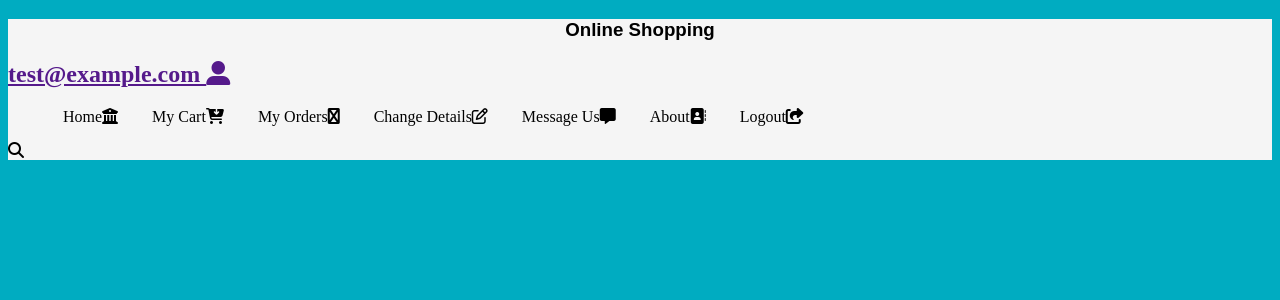
Repository: NidhiDaniel/E-Cart
Page: http://localhost/Online-Shopping-Cart/home.jsp
These files come from the project's save history. The page is drawn as it stood at one moment and after the next save; the edit follows.
The browser window is 1280 px wide. The pictures show the whole page.
Some web libraries are served in a nearby version. The page is served by Tomcat 9. The session is filled in as if someone had signed in: {"email": "test@example.com"}. Other server files are loaded and not shown.

Above is the page before, as saved 2024-01-06 09:05:46.

### Online-Shopping-Cart/src/main/webapp/home.jsp
<%@ page language="java" contentType="text/html; charset=ISO-8859-1"
    pageEncoding="ISO-8859-1"%>
<%@ include file="header.jsp" %>
<!DOCTYPE html>
<html>
<head>
<meta charset="ISO-8859-1">
<title>Home</title>
</head>
<body>

</body>
</html>

### Online-Shopping-Cart/src/main/webapp/header.jsp
<%@ page language="java" contentType="text/html; charset=ISO-8859-1"
	pageEncoding="ISO-8859-1"%>
<!DOCTYPE html>
<html>
<head>
<meta charset="ISO-8859-1">
<title>Insert title here</title>
<link rel="stylesheet" type="text/css" href="./css/header.css">
<link rel="stylesheet" href="https://cdnjs.cloudflare.com/ajax/libs/font-awesome/4.7.0/css/font-awesome.min.css">
<script src='https://kit.fontawesome.com/a076d05399.js' crossorigin='anonymous'></script>
</head>
<body>
	<div class="header">
	<% String email=session.getAttribute("email").toString(); %>

	   <h3>Online Shopping</h3>
	   <h2><a href=""><% out.println(email); %><i class="fa fa-user-alt"></i></a></h2>
		<ul>
			<li><a href="home.jsp">Home<i class="fa fa-institution"></i></a></li>
			<li><a href="">My Cart<i class="fa fa-cart-arrow-down"></i></a></li>
			<li><a href="">My Orders<i class="fa fa-elementor"></i></a></li>
			<li><a href="">Change Details<i class="fa fa-edit"></i></a></li>
			<li><a href="">Message Us<i class="fas fa-comment-alt"></i></a></li>
			<li><a href="">About<i class="fa fa-address-book"></i></a></li>
			<li><a href="">Logout<i class="fas fa-share-square"></i></a></li>
		</ul>
        <div class="search-container">
        	<i class="fa fa-search"></i>
        </div>
	</div>
</body>
</html>

### Online-Shopping-Cart/src/main/webapp/css/header.css
@charset "ISO-8859-1";
body{
	background: #00ACC1;
}
.header{
	width: auto;
	height:auto;
	background: #f5f5f5;
}
.header ul li{
	list-style: none;
	display: inline-block;

}
.header h3{
	text-align: center;
	font-family: sans-serif;
	font-weight: 900;
}
.header ul li a{
	margin: 15px;
    text-decoration: none;
    color: black;
    font-weight: 500;
}

After the next save:
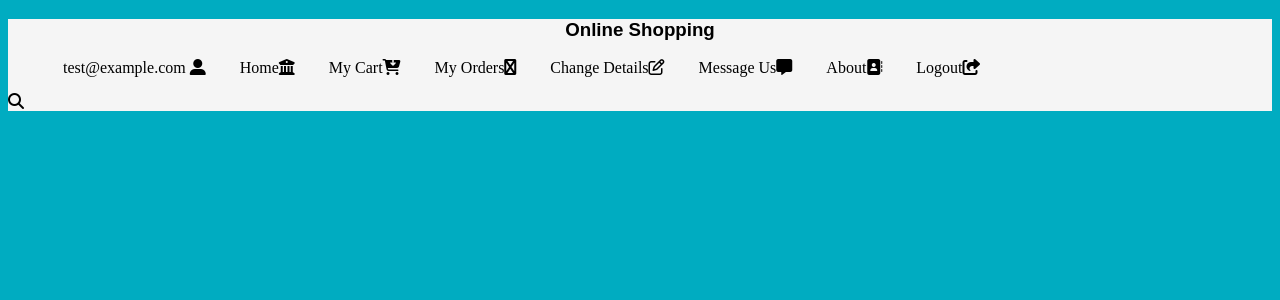
Saved 69 s later.
--- a/Online-Shopping-Cart/src/main/webapp/header.jsp
+++ b/Online-Shopping-Cart/src/main/webapp/header.jsp
@@ -14,8 +14,9 @@
 	<% String email=session.getAttribute("email").toString(); %>
 
 	   <h3>Online Shopping</h3>
-	   <h2><a href=""><% out.println(email); %><i class="fa fa-user-alt"></i></a></h2>
+
 		<ul>
+		   <li><a href=""><% out.println(email); %><i class="fa fa-user-alt"></i></a></li>
 			<li><a href="home.jsp">Home<i class="fa fa-institution"></i></a></li>
 			<li><a href="">My Cart<i class="fa fa-cart-arrow-down"></i></a></li>
 			<li><a href="">My Orders<i class="fa fa-elementor"></i></a></li>
